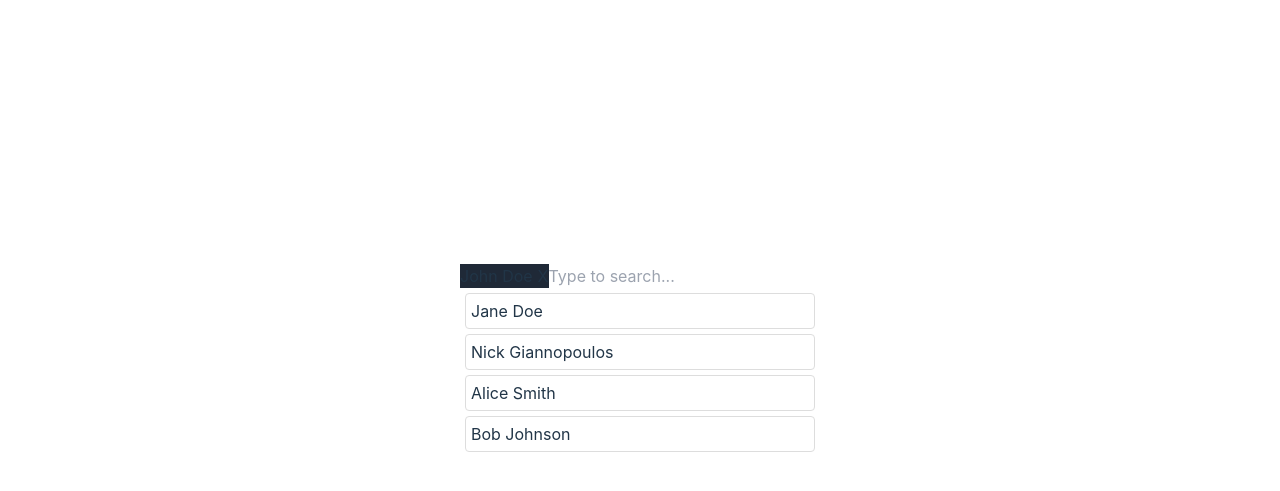
Repository: Ayansaxena24/Chip
Page: /, after clicking the first element matching `li`
The author's editor kept a copy of each file at every save. The page is drawn from the files as they stood at one save, then again after the next save.
The browser window is 1280 px wide. The pictures show the whole page.
Some web libraries are served in a nearby version. The project was rebuilt for these pictures with package versions that can differ from the ones it lists, and the page was loaded fresh each time. Also part of the build but not shown: vite.config.ts.

Above is the page before, as saved 2024-01-16 03:06:18.

### index.html
<!doctype html>
<html lang="en">
  <head>
    <meta charset="UTF-8" />
    <link rel="icon" type="image/svg+xml" href="/vite.svg" />
    <meta name="viewport" content="width=device-width, initial-scale=1.0" />
    <script src="https://cdn.tailwindcss.com"></script>    <title>Vite + React + TS</title>
  </head>
  <body>
    <div id="root"></div>
    <script type="module" src="/src/main.tsx"></script>
  </body>
</html>

### src/App.tsx
import { BrowserRouter as Router, Routes, Route } from 'react-router-dom'
import ChipInput from './chipInput'

const App = () => {
  return (
    <Router>
      <Routes>
      <Route path="/" element={<ChipInput />} />
      </Routes>
    </Router>
  )
}

export default App

### src/ChipInput.tsx
// ChipInput.tsx

import React, {
  useState,
  useRef,
  useEffect,
  KeyboardEvent,
  ChangeEvent,
} from "react";
import "./ChipInput.css"; // Import your CSS file (e.g., TailwindCss/SCSS)

interface Chip {
  id: number;
  label: string;
}

const ChipInput: React.FC = () => {
  const [inputValue, setInputValue] = useState<string>("");
  const [chips, setChips] = useState<Chip[]>([]);
  const [filteredItems, setFilteredItems] = useState<string[]>([]);
  const inputRef = useRef<HTMLInputElement>(null);

  const items = [
    "John Doe",
    "Jane Doe",
    "Nick Giannopoulos",
    "Alice Smith",
    "Bob Johnson",
  ];

  useEffect(() => {
    setFilteredItems(
      items.filter((item) => !chips.find((chip) => chip.label === item))
    );
  }, [chips]);

  const handleInputChange = (e: ChangeEvent<HTMLInputElement>) => {
    const value = e.target.value;
    setInputValue(value);

    if (value.trim() === "" && chips.length > 0) {
      highlightLastChip();
    } else {
      setFilteredItems(
        items.filter((item) => item.toLowerCase().includes(value.toLowerCase()))
      );
    }
  };

  const handleChipClick = (item: string) => {
    setChips((prevChips) => [...prevChips, { id: Date.now(), label: item }]);
    setInputValue("");
  };

  const handleChipRemove = (id: number) => {
    setChips((prevChips) => prevChips.filter((chip) => chip.id !== id));
  };

  const handleInputKeyDown = (e: KeyboardEvent<HTMLInputElement>) => {
    if (e.key === "Backspace" && inputValue === "" && chips.length > 0) {
      e.preventDefault();
      const lastChip = chips[chips.length - 1];
      handleChipRemove(lastChip.id);
    }
  };

  const highlightLastChip = () => {
    const lastChip = document.querySelector(".chip:last-child");
    if (lastChip) {
      lastChip.classList.add("highlighted");
    }
  };

  return (
    <div className="w-screen flex justify-center items-center">
      <div className="flex flex-col w-[50vh]">
        <div className="flex flex-wrap">
          {chips.map((chip) => (
            <div
              key={chip.id}
              className="bg-gray-800"
              onClick={() => handleChipRemove(chip.id)}
            >
              {chip.label}
              <span className="chip-remove">X</span>
            </div>
          ))}
          <input
            ref={inputRef}
            type="text"
            value={inputValue}
            onChange={handleInputChange}
            onKeyDown={handleInputKeyDown}
            placeholder="Type to search..."
          />
        </div>
        <ul className="item-list">
          {filteredItems.map((item) => (
            <li key={item} onClick={() => handleChipClick(item)}>
              {item}
            </li>
          ))}
        </ul>
      </div>
    </div>
  );
};

export default ChipInput;

### src/ChipInput.css
/* ChipInput.css */

  .chip {
    background-color: #007bff;
    color: #fff;
    padding: 5px 10px;
    margin: 5px;
    border-radius: 4px;
    cursor: pointer;
    display: flex;
    align-items: center;
  }

  .chip-remove {
    margin-left: 5px;
    cursor: pointer;
  }

  .highlighted {
    background-color: #ffcc00;
  }

  .item-list {
    list-style: none;
    padding: 0;
    margin: 0;
  }

  .item-list li {
    cursor: pointer;
    padding: 5px;
    margin: 5px;
    border: 1px solid #ddd;
    border-radius: 4px;
  }

  .item-list li:hover {
    background-color: #f0f0f0;
  }

Loaded but not shown: src/main.tsx (common file); src/index.css (common file)

After the next save:
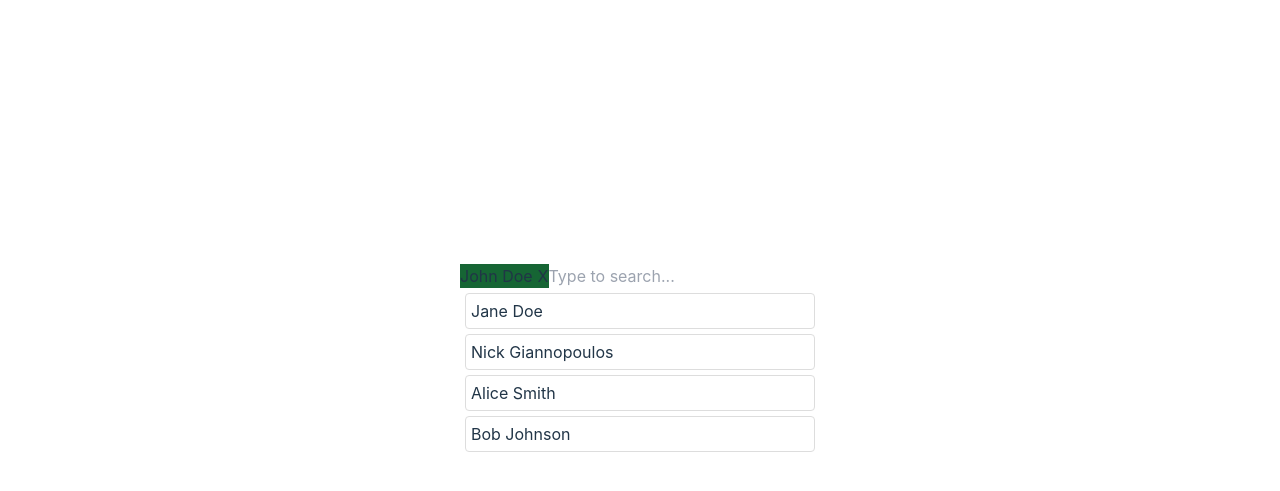
Saved 12 s later.
--- a/src/ChipInput.tsx
+++ b/src/ChipInput.tsx
@@ -78,7 +78,7 @@ const ChipInput: React.FC = () => {
           {chips.map((chip) => (
             <div
               key={chip.id}
-              className="bg-gray-800"
+              className="bg-green-800"
               onClick={() => handleChipRemove(chip.id)}
             >
               {chip.label}
